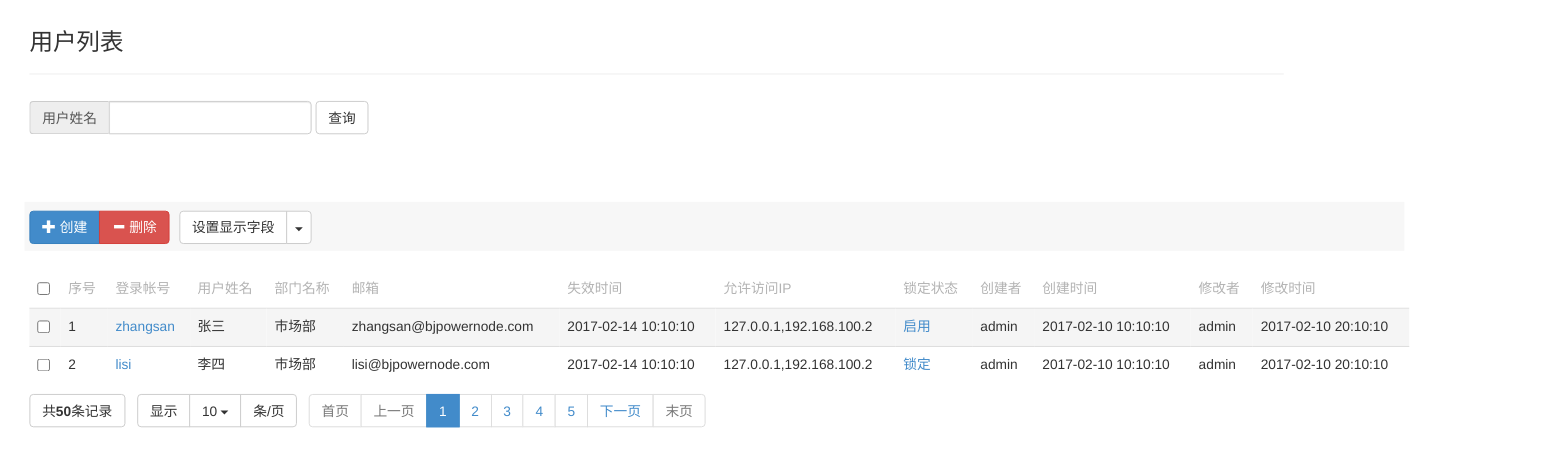
Repository: yangxshn/hsf
Page: hsf/user_consumer/src/main/webapp/index.html
These files come from the project's save history. The page is drawn as it stood at one moment and after the next save; the edit follows.
The browser window is 1280 px wide. The page is 1595 px wide, so the pictures cover 1595 px, including what lies to the right of the window. The pictures show the whole page, at 98% of full size.

Above is the page before, as saved 2017-09-29 06:44:12.

### hsf/user_consumer/src/main/webapp/index.html
<!DOCTYPE html>
<html>
<head>
<meta charset="UTF-8">
<link href="static/bootstrap_3.3.0/css/bootstrap.min.css" type="text/css" rel="stylesheet" />

<script type="text/javascript" src="static/jquery-1.11.1-min.js"></script>
<script type="text/javascript" src="static/bootstrap_3.3.0/js/bootstrap.min.js"></script>
</head>
<body>

	<!-- 创建用户的模态窗口 -->
	<div class="modal fade" id="createUserModal" role="dialog">
		<div class="modal-dialog" role="document" style="width: 90%;">
			<div class="modal-content">
				<div class="modal-header">
					<button type="button" class="close" data-dismiss="modal">
						<span aria-hidden="true">×</span>
					</button>
					<h4 class="modal-title" id="myModalLabel">新增用户</h4>
				</div>
				<div class="modal-body">

					<form class="form-horizontal" role="form">

						<div class="form-group">
							<label for="create-loginActNo" class="col-sm-2 control-label">登录帐号<span style="font-size: 15px; color: red;">*</span></label>
							<div class="col-sm-10" style="width: 300px;">
								<input type="text" class="form-control" id="create-loginActNo">
							</div>
							<label for="create-username" class="col-sm-2 control-label">用户姓名</label>
							<div class="col-sm-10" style="width: 300px;">
								<input type="text" class="form-control" id="create-username">
							</div>
						</div>
						<div class="form-group">
							<label for="create-loginPwd" class="col-sm-2 control-label">登录密码<span style="font-size: 15px; color: red;">*</span></label>
							<div class="col-sm-10" style="width: 300px;">
								<input type="password" class="form-control" id="create-loginPwd">
							</div>
							<label for="create-confirmPwd" class="col-sm-2 control-label">确认密码<span style="font-size: 15px; color: red;">*</span></label>
							<div class="col-sm-10" style="width: 300px;">
								<input type="password" class="form-control" id="create-confirmPwd">
							</div>
						</div>
						<div class="form-group">
							<label for="create-email" class="col-sm-2 control-label">邮箱</label>
							<div class="col-sm-10" style="width: 300px;">
								<input type="text" class="form-control" id="create-email">
							</div>
							<label for="create-expireTime" class="col-sm-2 control-label">失效时间</label>
							<div class="col-sm-10" style="width: 300px;">
								<input type="text" class="form-control" id="create-expireTime">
							</div>
						</div>
						<div class="form-group">
							<label for="create-lockStatus" class="col-sm-2 control-label">锁定状态</label>
							<div class="col-sm-10" style="width: 300px;">
								<select class="form-control" id="create-lockStatus">
								  <option></option>
								  <option>启用</option>
								  <option>锁定</option>
								</select>
							</div>
							<label for="create-org" class="col-sm-2 control-label">部门<span style="font-size: 15px; color: red;">*</span></label>
							<div class="col-sm-10" style="width: 300px;">
								<input type="text" class="form-control" id="create-org" placeholder="输入部门名称，自动补全">
							</div>
						</div>
						<div class="form-group">
							<label for="create-allowIps" class="col-sm-2 control-label">允许访问的IP</label>
							<div class="col-sm-10" style="width: 300px;">
								<input type="text" class="form-control" id="create-allowIps" style="width: 280%" placeholder="多个用逗号隔开">
							</div>
						</div>
					</form>
				</div>
				<div class="modal-footer">
					<button type="button" class="btn btn-default" data-dismiss="modal">关闭</button>
					<button type="button" class="btn btn-primary" data-dismiss="modal">保存</button>
				</div>
			</div>
		</div>
	</div>


	<div>
		<div style="position: relative; left: 30px; top: -10px;">
			<div class="page-header">
				<h3>用户列表</h3>
			</div>
		</div>
	</div>

	<div class="btn-toolbar" role="toolbar" style="position: relative; height: 80px; left: 30px; top: -10px;">
		<form class="form-inline" role="form" style="position: relative;top: 8%; left: 5px;">

		  <div class="form-group">
		    <div class="input-group">
		      <div class="input-group-addon">用户姓名</div>
		      <input class="form-control" type="text">
		    </div>
		  </div>

		  <button type="submit" class="btn btn-default">查询</button>

		</form>
	</div>


	<div class="btn-toolbar" role="toolbar" style="background-color: #F7F7F7; height: 50px; position: relative;left: 30px; width: 110%; top: 20px;">
		<div class="btn-group" style="position: relative; top: 18%;">
		  <button type="button" class="btn btn-primary" data-toggle="modal" data-target="#createUserModal"><span class="glyphicon glyphicon-plus"></span> 创建</button>
		  <button type="button" class="btn btn-danger"><span class="glyphicon glyphicon-minus"></span> 删除</button>
		</div>
		<div class="btn-group" style="position: relative; top: 18%; left: 5px;">
			<button type="button" class="btn btn-default">设置显示字段</button>
			<button type="button" class="btn btn-default dropdown-toggle" data-toggle="dropdown">
				<span class="caret"></span>
				<span class="sr-only">Toggle Dropdown</span>
			</button>
			<ul id="definedColumns" class="dropdown-menu" role="menu">
				<li><a href="javascript:void(0);"><input type="checkbox"/> 登录帐号</a></li>
				<li><a href="javascript:void(0);"><input type="checkbox"/> 用户姓名</a></li>
				<li><a href="javascript:void(0);"><input type="checkbox"/> 部门名称</a></li>
				<li><a href="javascript:void(0);"><input type="checkbox"/> 邮箱</a></li>
				<li><a href="javascript:void(0);"><input type="checkbox"/> 失效时间</a></li>
				<li><a href="javascript:void(0);"><input type="checkbox"/> 允许访问IP</a></li>
				<li><a href="javascript:void(0);"><input type="checkbox"/> 锁定状态</a></li>
				<li><a href="javascript:void(0);"><input type="checkbox"/> 创建者</a></li>
				<li><a href="javascript:void(0);"><input type="checkbox"/> 创建时间</a></li>
				<li><a href="javascript:void(0);"><input type="checkbox"/> 修改者</a></li>
				<li><a href="javascript:void(0);"><input type="checkbox"/> 修改时间</a></li>
			</ul>
		</div>
	</div>

	<div style="position: relative; left: 30px; top: 40px; width: 110%">
		<table class="table table-hover">
			<thead>
				<tr style="color: #B3B3B3;">
					<td><input type="checkbox" /></td>
					<td>序号</td>
					<td>登录帐号</td>
					<td>用户姓名</td>
					<td>部门名称</td>
					<td>邮箱</td>
					<td>失效时间</td>
					<td>允许访问IP</td>
					<td>锁定状态</td>
					<td>创建者</td>
					<td>创建时间</td>
					<td>修改者</td>
					<td>修改时间</td>
				</tr>
			</thead>
			<tbody>
				<tr class="active">
					<td><input type="checkbox" /></td>
					<td>1</td>
					<td><a  href="detail.html">zhangsan</a></td>
					<td>张三</td>
					<td>市场部</td>
					<td>zhangsan@bjpowernode.com</td>
					<td>2017-02-14 10:10:10</td>
					<td>127.0.0.1,192.168.100.2</td>
					<td><a href="javascript:void(0);" onclick="window.confirm('您确定要锁定该用户吗？');" style="text-decoration: none;">启用</a></td>
					<td>admin</td>
					<td>2017-02-10 10:10:10</td>
					<td>admin</td>
					<td>2017-02-10 20:10:10</td>
				</tr>
				<tr>
					<td><input type="checkbox" /></td>
					<td>2</td>
					<td><a  href="detail.html">lisi</a></td>
					<td>李四</td>
					<td>市场部</td>
					<td>lisi@bjpowernode.com</td>
					<td>2017-02-14 10:10:10</td>
					<td>127.0.0.1,192.168.100.2</td>
					<td><a href="javascript:void(0);" onclick="window.confirm('您确定要启用该用户吗？');" style="text-decoration: none;">锁定</a></td>
					<td>admin</td>
					<td>2017-02-10 10:10:10</td>
					<td>admin</td>
					<td>2017-02-10 20:10:10</td>
				</tr>
			</tbody>
		</table>
	</div>

	<div style="height: 50px; position: relative;top: 30px; left: 30px;">
		<div>
			<button type="button" class="btn btn-default" style="cursor: default;">共<b>50</b>条记录</button>
		</div>
		<div class="btn-group" style="position: relative;top: -34px; left: 110px;">
			<button type="button" class="btn btn-default" style="cursor: default;">显示</button>
			<div class="btn-group">
				<button type="button" class="btn btn-default dropdown-toggle" data-toggle="dropdown">
					10
					<span class="caret"></span>
				</button>
				<ul class="dropdown-menu" role="menu">
					<li><a href="#">20</a></li>
					<li><a href="#">30</a></li>
				</ul>
			</div>
			<button type="button" class="btn btn-default" style="cursor: default;">条/页</button>
		</div>
		<div style="position: relative;top: -88px; left: 285px;">
			<nav>
				<ul class="pagination">
					<li class="disabled"><a href="#">首页</a></li>
					<li class="disabled"><a href="#">上一页</a></li>
					<li class="active"><a href="#">1</a></li>
					<li><a href="#">2</a></li>
					<li><a href="#">3</a></li>
					<li><a href="#">4</a></li>
					<li><a href="#">5</a></li>
					<li><a href="#">下一页</a></li>
					<li class="disabled"><a href="#">末页</a></li>
				</ul>
			</nav>
		</div>
	</div>

</body>
</html>

Loaded but not shown: hsf/user_consumer/src/main/webapp/static/bootstrap_3.3.0/css/bootstrap.min.css (library); hsf/user_consumer/src/main/webapp/static/jquery-1.11.1-min.js (library); hsf/user_consumer/src/main/webapp/static/bootstrap_3.3.0/js/bootstrap.min.js (library)

After the next save:
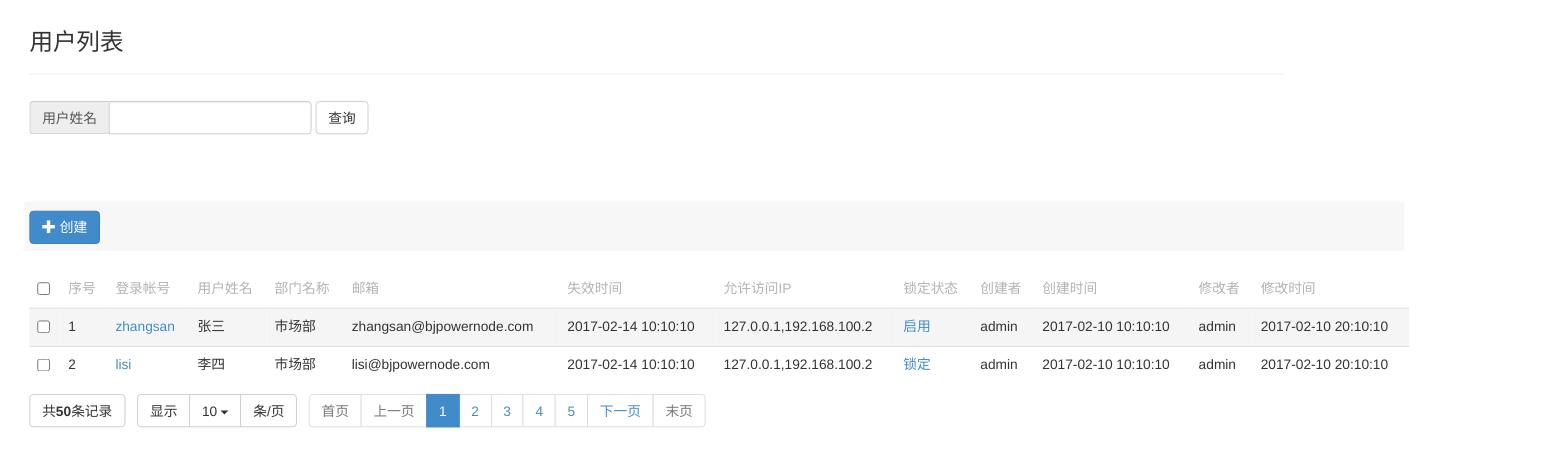
Saved 55 s later.
--- a/hsf/user_consumer/src/main/webapp/index.html
+++ b/hsf/user_consumer/src/main/webapp/index.html
@@ -111,28 +111,8 @@
 	<div class="btn-toolbar" role="toolbar" style="background-color: #F7F7F7; height: 50px; position: relative;left: 30px; width: 110%; top: 20px;">
 		<div class="btn-group" style="position: relative; top: 18%;">
 		  <button type="button" class="btn btn-primary" data-toggle="modal" data-target="#createUserModal"><span class="glyphicon glyphicon-plus"></span> 创建</button>
-		  <button type="button" class="btn btn-danger"><span class="glyphicon glyphicon-minus"></span> 删除</button>
-		</div>
-		<div class="btn-group" style="position: relative; top: 18%; left: 5px;">
-			<button type="button" class="btn btn-default">设置显示字段</button>
-			<button type="button" class="btn btn-default dropdown-toggle" data-toggle="dropdown">
-				<span class="caret"></span>
-				<span class="sr-only">Toggle Dropdown</span>
-			</button>
-			<ul id="definedColumns" class="dropdown-menu" role="menu">
-				<li><a href="javascript:void(0);"><input type="checkbox"/> 登录帐号</a></li>
-				<li><a href="javascript:void(0);"><input type="checkbox"/> 用户姓名</a></li>
-				<li><a href="javascript:void(0);"><input type="checkbox"/> 部门名称</a></li>
-				<li><a href="javascript:void(0);"><input type="checkbox"/> 邮箱</a></li>
-				<li><a href="javascript:void(0);"><input type="checkbox"/> 失效时间</a></li>
-				<li><a href="javascript:void(0);"><input type="checkbox"/> 允许访问IP</a></li>
-				<li><a href="javascript:void(0);"><input type="checkbox"/> 锁定状态</a></li>
-				<li><a href="javascript:void(0);"><input type="checkbox"/> 创建者</a></li>
-				<li><a href="javascript:void(0);"><input type="checkbox"/> 创建时间</a></li>
-				<li><a href="javascript:void(0);"><input type="checkbox"/> 修改者</a></li>
-				<li><a href="javascript:void(0);"><input type="checkbox"/> 修改时间</a></li>
-			</ul>
-		</div>
+		</div>
+
 	</div>
 
 	<div style="position: relative; left: 30px; top: 40px; width: 110%">
